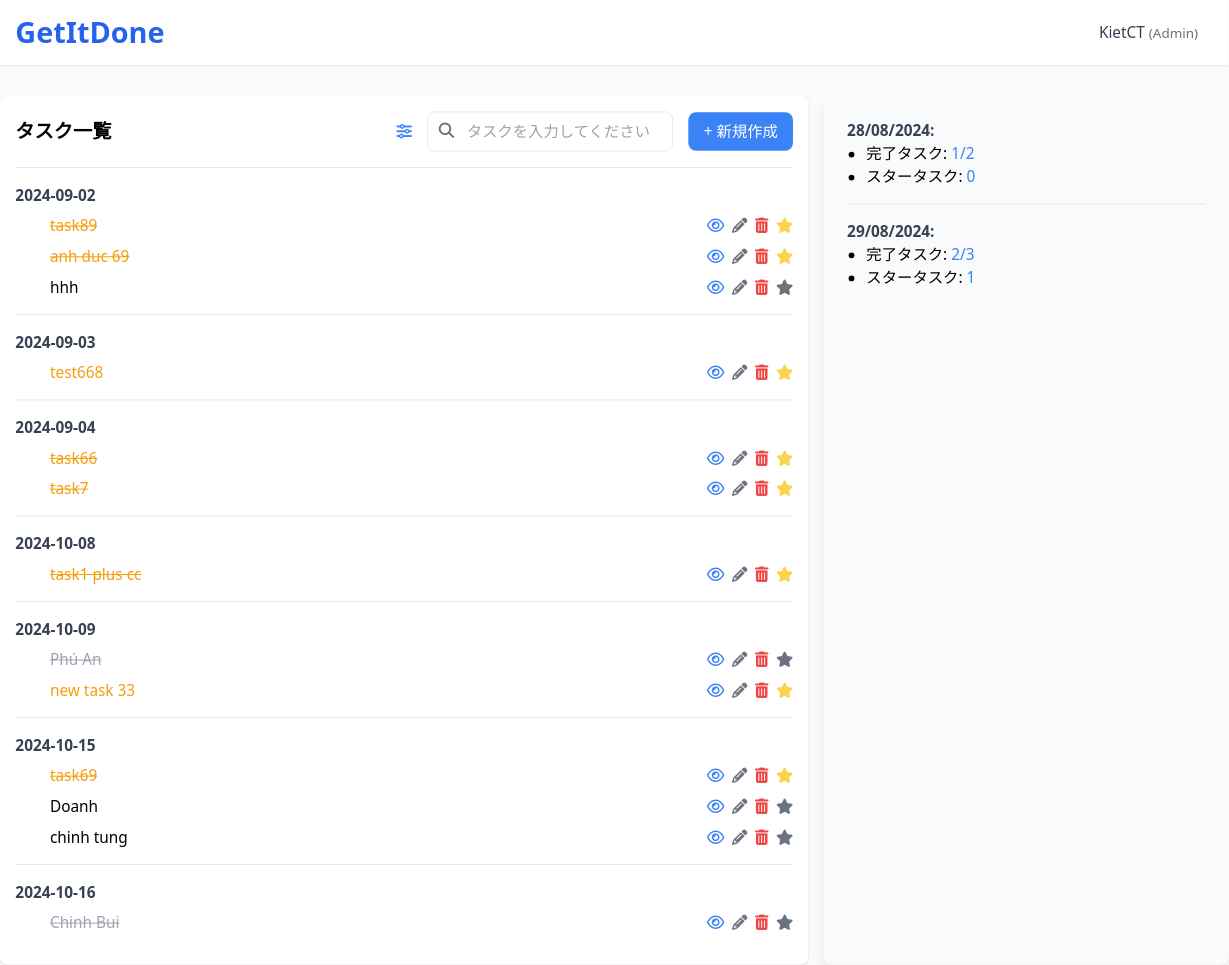
Repository: TuanAnhNguyen723/todolist
Page: http://localhost/mainscreen/mainscreen.php
These files come from the project's save history. The page is drawn as it stood at one moment and after the next save; the edit follows.
The browser window is 1280 px wide. The pictures show the whole page, at 96% of full size.
Some web libraries are served in a nearby version. The page is run by PHP 8.4 with error messages shown; the project is at /var/www/html/. The database holds what the project's SQL file puts in it.

Above is the page before, as saved 2024-10-02 14:12:24.

### mainscreen/mainscreen.php
<!DOCTYPE html>
<?php
include '../mainscreen/mainscreenController.php';
?>

<html lang="ja">
  <head>
    <meta charset="UTF-8" />
    <meta name="viewport" content="width=device-width, initial-scale=1.0" />
    <title>GetItDone Task List</title>
    <link
      href="https://cdn.jsdelivr.net/npm/tailwindcss@2.2.19/dist/tailwind.min.css"
      rel="stylesheet"
    />
    <link
      rel="stylesheet"
      href="https://cdnjs.cloudflare.com/ajax/libs/font-awesome/6.6.0/css/all.min.css"
    />

    <link href="./mainscreen.css">
    <script src="./mainscreen.js" defer></script>

  </head>
  <body class="bg-gray-50">
    <!-- Header Section -->
    <header class="bg-white shadow p-4 flex justify-between items-center">
      <div class="flex items-center">
        <h1 class="text-3xl font-bold text-blue-600">GetItDone</h1>
      </div>
      <div class="flex items-center">
        <span class="text-gray-700 mr-4"
          >KietCT <span class="text-sm text-gray-500">(Admin)</span></span
        >
      </div>
    </header>

    <!-- Main Section -->
    <main class="container mx-auto mt-8">
      <div class="flex justify-between">
        <!-- Task List -->
        <div class="w-2/3 bg-white p-4 shadow rounded-lg">
          <div class="flex justify-between items-center mb-4">
            <!-- Task List Title -->
            <h2 class="text-xl font-bold">タスク一覧</h2>

            <div class="flex items-center space-x-4">
              <!-- Filter Icon -->
              <button class="text-blue-500 hover:text-gray-700">
                <i class="fas fa-sliders-h"></i>
              </button>

              <!-- Search Input with Icon -->
              <div class="relative">
                <input
                  type="text"
                  class="border rounded-lg pl-10 pr-3 py-2 w-64"
                  placeholder="タスクを入力してください"
                />
                <!-- Search Icon -->
                <i
                  class="fas fa-search absolute left-3 top-3 text-gray-500"
                ></i>
              </div>

              <!-- New Task Button -->
              <button
                class="newtask bg-blue-500 text-white px-4 py-2 rounded-lg"
              >
                + 新規作成
              </button>
            </div>
          </div>

          <!-- Task Groups by Date -->
          <div class="task-container">
          <?php foreach ($tasks_by_date as $date => $tasks): ?>
            <div class="mb-4 border-t pt-4">
                <h3 class="font-bold text-gray-700"><?php echo htmlspecialchars($date); ?></h3>

                <?php foreach ($tasks as $task): ?>
                    <div class="task-container2 flex justify-between items-center space-x-4 my-2">
                        <div class="flex items-center space-x-4">
                            <!-- // Kết hợp giữa trạng thái checked và trạng thái star -->
                            <input
                                type="checkbox"
                                class="appearance-none form-checkbox h-5 w-5 toggle-complete <?php echo $task['star'] ? 'checked' : ''; ?>"
                                data-task-id="<?php echo $task['task_id']; ?>"
                                <?php echo $task['checked'] ? 'checked' : ''; ?>
                            />
                            <!-- // Kết hợp trạng thái star với việc đánh dấu gạch ngang nếu hoàn thành -->
                            <span class="task-text <?php echo $task['checked'] ? 'line-through text-gray-400' : ''; ?> <?php echo $task['star'] ? 'text-yellow-500' : ''; ?>">
                                <?php echo htmlspecialchars($task['title']); ?>
                            </span>
                        </div>
                        <div class="flex space-x-2">
                            <!-- Nút xem chi tiết -->
                            <button class="text-blue-500 hover:text-blue-700">
                                <i class="fa fa-eye"></i>
                            </button>

                            <!-- Nút sửa -->
                            <button class="text-gray-500 hover:text-gray-700 edit-task-button" data-task-id="<?php echo $task['task_id']; ?>">
                                <i class="fa fa-pencil"></i>
                            </button>

                            <!-- Nút xóa -->
                            <form action="./mainscreenController.php" method="POST" style="display:inline;">
                                <input type="hidden" name="task_id" value="<?php echo $task['task_id']; ?>">
                                <button type="submit" name="delete_task" class="text-red-500 hover:text-red-700">
                                    <i class="fa fa-trash"></i>
                                </button>
                            </form>

                            <!-- // Kết hợp trạng thái star -->
                            <button class="text-gray-500 hover:text-yellow-300 star-icon <?php echo $task['star'] ? 'text-yellow-300' : ''; ?>" data-task-id="<?php echo $task['task_id']; ?>">
                                <i class="fa fa-star"></i>
                            </button>
                        </div>
                    </div>
                <?php endforeach; ?>
            </div>
          <?php endforeach; ?>



          </div>
        </div>

        <!-- Task Completion Summary -->
        <div
          id="task-summary"
          class="w-1/3 bg-grey-900 p-6 rounded-lg shadow-lg ml-4"
        >
          <h3 class="font-bold text-gray-700">28/08/2024:</h3>
          <ul class="list-disc pl-5">
            <li>完了タスク: <span class="text-blue-500">1/2</span></li>
            <li>スタータスク: <span class="text-blue-500">0</span></li>
          </ul>

          <h3 class="font-bold text-gray-700 mt-4 border-t pt-4">
            29/08/2024:
          </h3>
          <ul class="list-disc pl-5">
            <li>完了タスク: <span class="text-blue-500">2/3</span></li>
            <li>スタータスク: <span class="text-blue-500">1</span></li>
          </ul>
        </div>

        <!-- Task Add Modal -->
        <div id="taskAddModal" class="fixed z-50 inset-0 overflow-y-auto hidden">
          <div class="flex items-center justify-center min-h-screen bg-black bg-opacity-50">
            <div class="relative bg-white w-96 p-6 rounded-lg shadow-lg">
              <!-- Close Button -->
              <button id="closeModal" class="absolute top-2 right-2 text-gray-500 hover:text-gray-700">
                <i class="fas fa-times"></i>
              </button>

              <!-- Modal Title -->
              <h2 class="text-2xl font-bold mb-4">タスク追加</h2>

              <!-- Form -->

              <form action="mainscreenController.php" method="POST">
                <!-- Task Title -->
                <input
                  name="title"
                  type="text"
                  placeholder="タイトルが入力してください"
                  class="title w-full border border-gray-300 p-2 rounded-lg mb-4"
                />

                <!-- Date Pickers -->
                <div class="flex justify-between space-x-4 mb-4">
                  <div class="w-1/2 relative">
                    <label for="time_start" class="sr-only">Start Date</label>
                    <input
                      type="date"
                      name="time_start"
                      class="w-full border border-gray-300 p-2 rounded-lg"
                    />
                  </div>
                  <div class="w-1/2 relative">
                    <label for="time_end" class="sr-only">End Date</label>
                    <input
                      type="date"
                      name="time_end"
                      class="w-full border border-gray-300 p-2 rounded-lg"
                    />
                  </div>
                </div>

                <!-- Task Description -->
                <textarea
                  name="description"
                  placeholder="ディスクリプが入力してください"
                  class="w-full border border-gray-300 p-2 rounded-lg mb-4"
                  rows="4"
                ></textarea>

                <!-- Buttons -->
                <div class="flex justify-between">
                  <button
                    type="submit"
                    class="bg-blue-500 text-white px-4 py-2 rounded-lg w-full mr-2"
                  >
                    作成
                  </button>
                  <button
                    type="button"
                    class="border border-blue-500 text-blue-500 px-4 py-2 rounded-lg w-full"
                    id="cancelButton"
                  >
                    キャンセル
                  </button>
                </div>
              </form>

            </div>
          </div>
        </div>

        <!-- Filter Modal -->
        <div
          id="filterModal"
          class="fixed inset-0 bg-black bg-opacity-30 flex justify-center items-center hidden"
        >
          <div class="bg-white p-6 rounded-lg shadow-lg w-80">
            <h2 class="text-xl font-bold mb-4">フィルターオプション</h2>

            <!-- Status Dropdown -->
            <div class="mb-4 relative">
              <label class="block text-gray-700 font-semibold"
                >ステータス</label
              >
              <button
                id="statusButton"
                class="bg-gray-200 border border-gray-300 p-2 w-full text-left rounded-lg flex justify-between items-center"
              >
                <span id="statusText">全ステータス</span>
                <i class="fas fa-chevron-down"></i>
              </button>

              <ul
                id="statusDropdown"
                class="absolute bg-white border border-gray-300 rounded-lg w-full hidden mt-1 z-10"
              >
                <li
                  class="p-2 hover:bg-blue-500 hover:text-white cursor-pointer"
                  data-value="全ステータス"
                >
                  全ステータス
                </li>
                <li
                  class="p-2 hover:bg-blue-500 hover:text-white cursor-pointer"
                  data-value="完了"
                >
                  完了
                </li>
                <li
                  class="p-2 hover:bg-blue-500 hover:text-white cursor-pointer"
                  data-value="未完了"
                >
                  未完了
                </li>
              </ul>
            </div>

            <!-- Date Picker -->
            <div class="flex items-center mb-4">
              <i class="fas fa-calendar mr-2"></i>
              <span>締め切り</span>
            </div>

            <!-- Star Task Checkbox -->
            <div class="flex items-center mb-4">
              <input type="checkbox" id="starTask" class="mr-2" />
              <label for="starTask">スタータスク</label>
            </div>

            <!-- Buttons -->
            <div class="flex justify-between">
              <button
                id="resetButton"
                class="bg-gray-300 text-gray-700 px-4 py-2 rounded-lg"
              >
                リセット
              </button>
              <button
                id="applyButton"
                class="bg-blue-500 text-white px-4 py-2 rounded-lg"
              >
                適用
              </button>
            </div>
          </div>
        </div>


     <!-- Modal chỉnh sửa task -->
      <div id="taskEditModal" class="fixed z-50 inset-0 overflow-y-auto hidden">
        <div class="flex items-center justify-center min-h-screen bg-black bg-opacity-50">
          <div class="relative bg-white w-96 p-6 rounded-lg shadow-lg">
            <!-- Close Button -->
            <button id="closeEditModal" class="absolute top-2 right-2 text-gray-500 hover:text-gray-700">
              <i class="fas fa-times"></i>
            </button>



            <!-- Modal Content -->
            <h2 class="text-2xl font-bold mb-4">タスク編集</h2>
            <!-- Form -->
            <form id="editTaskForm" action="mainscreenController.php" method="POST">
              <!-- Task ID (ẩn) để biết nhiệm vụ nào cần chỉnh sửa -->
              <input type="hidden" name="edit_task_id" value="">

              <!-- Task Title -->
              <input name="edit_title" type="text" placeholder="タイトルを入力してください" class="edit-title w-full border border-gray-300 p-2 rounded-lg mb-4" />

              <!-- Date Pickers -->
              <div class="flex justify-between space-x-4 mb-4">
                <div class="w-1/2 relative">
                  <label for="edit_time_start" class="sr-only">Start Date</label>
                  <input type="date" name="edit_time_start" class="edit-time-start w-full border border-gray-300 p-2 rounded-lg" />
                </div>
                <div class="w-1/2 relative">
                  <label for="edit_time_end" class="sr-only">End Date</label>
                  <input type="date" name="edit_time_end" class="edit-time-end w-full border border-gray-300 p-2 rounded-lg" />
                </div>
              </div>

              <!-- Task Description -->
              <textarea name="edit_description" placeholder="ディスクリプションを入力してください" class="edit-description w-full border border-gray-300 p-2 rounded-lg mb-4" rows="4"></textarea>

              <!-- Buttons -->
              <div class="flex justify-between">
                <button id="saveEditButton" class="bg-blue-500 text-white px-4 py-2 rounded-lg w-full mr-2">
                  保存
                </button>
                <button type="button" class="border border-blue-500 text-blue-500 px-4 py-2 rounded-lg w-full" id="cancelEditButton">
                  キャンセル
                </button>
              </div>
            </form>
          </div>
        </div>
      </div>

      </div>
    </main>

    <!-- Icons FontAwesome -->
    <script src="https://kit.fontawesome.com/a076d05399.js"></script>
  </body>
</html>

### mainscreen/mainscreenController.php
<?php
// Kết nối đến CSDL
include '../config.php';

// Kiểm tra nếu form được gửi đi
if ($_SERVER['REQUEST_METHOD'] == 'POST') {

    if ($conn->connect_error) {
        die("Connection failed: " . $conn->connect_error);
    }

    // Xử lý cập nhật trạng thái 'checked' của task
    if (isset($_POST['task_id']) && isset($_POST['checked'])) {
        $task_id = intval($_POST['task_id']);
        $checked = intval($_POST['checked']);

        $sql = "UPDATE task SET checked = ? WHERE task_id = ?";
        $stmt = $conn->prepare($sql);

        if ($stmt === false) {
            die('Lỗi chuẩn bị SQL: ' . $conn->error);
        }

        $stmt->bind_param("ii", $checked, $task_id);

        if ($stmt->execute()) {
            echo "Trạng thái nhiệm vụ đã được cập nhật thành công.";
        } else {
            echo "Lỗi khi cập nhật trạng thái nhiệm vụ.";
        }

        $stmt->close();
        $conn->close();
        exit();
    }

    // Xử lý yêu cầu thêm task mới
    if (isset($_POST['title']) && isset($_POST['time_start']) && isset($_POST['time_end'])) {
        $title = $_POST['title'];
        $description = $_POST['description'];
        $time_start = $_POST['time_start'];
        $time_end = $_POST['time_end'];

        if (empty($title) || empty($time_start) || empty($time_end)) {
            header("Location: mainscreen.php?error=empty_fields");
            exit;
        }

        $sql = "INSERT INTO task (title, description, time_start, time_end, checked, user_id, grouptask_id)
                VALUES (?, ?, ?, ?, 0, 'some_user_id', 'some_group_id')";
        $stmt = $conn->prepare($sql);

        if ($stmt === false) {
            die('Lỗi chuẩn bị SQL: ' . $conn->error);
        }

        $stmt->bind_param("ssss", $title, $description, $time_start, $time_end);

        if ($stmt->execute()) {
            header("Location: mainscreen.php?success=1");
            exit();
        } else {
            header("Location: mainscreen.php?error=insert_failed");
            exit();
        }

        $stmt->close();
        $conn->close();
    }

    // Xử lý yêu cầu xóa task
    if (isset($_POST['task_id']) && isset($_POST['delete_task'])) {
        $task_id = intval($_POST['task_id']);

        $sql = "DELETE FROM task WHERE task_id = ?";
        $stmt = $conn->prepare($sql);

        if ($stmt === false) {
            die('Lỗi chuẩn bị SQL: ' . $conn->error);
        }

        $stmt->bind_param("i", $task_id);

        if ($stmt->execute()) {
            echo "Nhiệm vụ đã được xóa thành công.";
        } else {
            echo "Lỗi khi xóa nhiệm vụ.";
        }

        $stmt->close();
        $conn->close();
        exit();
    }

    // Xử lý yêu cầu chỉnh sửa (update) task
    if (isset($_POST['edit_task']) && isset($_POST['task_id'])) {
        $task_id = intval($_POST['task_id']);
        $title = $_POST['title'];
        $description = $_POST['description'];
        $time_start = $_POST['time_start'];
        $time_end = $_POST['time_end'];

        // Kiểm tra task_id đã tồn tại và cập nhật dữ liệu
        $sql = "UPDATE task SET title = ?, description = ?, time_start = ?, time_end = ? WHERE task_id = ?";
        $stmt = $conn->prepare($sql);

        if ($stmt === false) {
            die('Lỗi chuẩn bị SQL: ' . $conn->error);
        }

        $stmt->bind_param("ssssi", $title, $description, $time_start, $time_end, $task_id);

        if ($stmt->execute()) {
            echo "Nhiệm vụ đã được cập nhật thành công.";
        } else {
            echo "Lỗi khi cập nhật nhiệm vụ.";
        }

        $stmt->close();
        $conn->close();
        exit();
    }

// Xử lý cập nhật trạng thái 'star' của task
if (isset($_POST['task_id']) && isset($_POST['star'])) {
    $task_id = intval($_POST['task_id']);
    $star = intval($_POST['star']);

    $sql = "UPDATE task SET star = ? WHERE task_id = ?";
    $stmt = $conn->prepare($sql);

    if ($stmt === false) {
        die('Lỗi chuẩn bị SQL: ' . $conn->error);
    }

    $stmt->bind_param("ii", $star, $task_id);

    if ($stmt->execute()) {
        echo "Trạng thái ngôi sao đã được cập nhật thành công.";
    } else {
        echo "Lỗi khi cập nhật trạng thái ngôi sao.";
    }

    $stmt->close();
    $conn->close();
    exit();
}

}

if (isset($_GET['task_id'])) {
    $task_id = intval($_GET['task_id']); // Đảm bảo task_id là số nguyên hợp lệ

    // Chuẩn bị câu truy vấn SQL để lấy thông tin task dựa trên task_id
    $sql = "SELECT * FROM task WHERE task_id = ?";
    $stmt = $conn->prepare($sql);

    if ($stmt === false) {
        die('Lỗi chuẩn bị SQL: ' . $conn->error);
    }

    $stmt->bind_param("i", $task_id);
    $stmt->execute();
    $result = $stmt->get_result();

    if ($result->num_rows > 0) {
        // Trả về duy nhất một task có task_id đã click
        $task = $result->fetch_assoc();
        echo json_encode($task); // Trả về dữ liệu JSON
    } else {
        echo json_encode(['error' => 'Không tìm thấy task.']);
    }

    $stmt->close();
    $conn->close();
    exit();
}


// Truy vấn tất cả các nhiệm vụ từ bảng task và sắp xếp theo time_start
$sql = "SELECT * FROM task ORDER BY time_start ASC";
$result = $conn->query($sql);

$tasks_by_date = [];

if ($result->num_rows > 0) {
    while ($row = $result->fetch_assoc()) {
        $date = date('Y-m-d', strtotime($row['time_start']));
        $tasks_by_date[$date][] = $row;
    }
} else {
    $tasks_by_date = []; // Không có dữ liệu
}

// Đóng kết nối
$conn->close();

### config.php
<?php
define('DB_SERVER', 'localhost');
define('DB_USERNAME', 'root');
define('DB_PASSWORD', '');
define('DB_NAME', 'todolistdb');

$conn = mysqli_connect(DB_SERVER, DB_USERNAME, DB_PASSWORD, DB_NAME);



if($conn === false){
    die("ERROR: Could not connect. " . mysqli_connect_error());
}
?>

### todolistdb.sql (the tables this page reads)
CREATE TABLE `task` (
  `task_id` int(11) NOT NULL,
  `title` varchar(255) NOT NULL,
  `description` varchar(255) NOT NULL,
  `time_start` date NOT NULL,
  `time_end` date NOT NULL,
  `checked` tinyint(1) NOT NULL,
  `user_id` varchar(10) NOT NULL,
  `grouptask_id` varchar(10) NOT NULL,
  `star` tinyint(1) NOT NULL
) ENGINE=InnoDB DEFAULT CHARSET=utf8mb4 COLLATE=utf8mb4_general_ci;

INSERT INTO `task` (`task_id`, `title`, `description`, `time_start`, `time_end`, `checked`, `user_id`, `grouptask_id`, `star`) VALUES
(26, 'task89', 'test89', '2024-09-02', '2024-09-11', 1, 'some_user_', 'some_group', 1),
(28, 'task1 plus  cc', 'test1 plus cc', '2024-10-08', '2024-09-10', 1, 'some_user_', 'some_group', 1),
(30, 'task66', 'test66', '2024-09-04', '2024-09-13', 1, 'some_user_', 'some_group', 1),
(36, 'task69', 'test69\r\n', '2024-10-15', '2024-10-17', 1, 'some_user_', 'some_group', 1),
(38, 'task7', 'test7', '2024-09-04', '2024-10-15', 1, 'some_user_', 'some_group', 1),
(42, 'Doanh', 'đần', '2024-10-15', '2024-10-14', 0, 'some_user_', 'some_group', 0),
(46, 'Phú An', 'An ', '2024-10-09', '2024-10-14', 1, 'some_user_', 'some_group', 0),
(56, 'Chinh Bui', 'tft', '2024-10-16', '2024-10-21', 1, 'some_user_', 'some_group', 0),
(58, '              anh duc 69            ', 'anh duc 69', '2024-09-02', '2024-10-08', 1, 'some_user_', 'some_group', 1),
(59, '                            test668                        ', 'test668', '2024-09-03', '2024-10-08', 0, 'some_user_', 'some_group', 1),
(61, 'chinh tung', 'tung chinh', '2024-10-15', '2024-10-08', 0, 'some_user_', 'some_group', 0),
(62, 'new task 33', 'new test 3 3', '2024-10-09', '2024-10-11', 0, 'some_user_', 'some_group', 1),
(63, 'hhh', 'hhh', '2024-09-02', '2024-10-07', 0, 'some_user_', 'some_group', 0);

ALTER TABLE `task`
  ADD PRIMARY KEY (`task_id`);

ALTER TABLE `task`
  MODIFY `task_id` int(11) NOT NULL AUTO_INCREMENT, AUTO_INCREMENT=64;

Loaded but not shown: mainscreen/mainscreen.js (321 lines, source omitted)

After the next save:
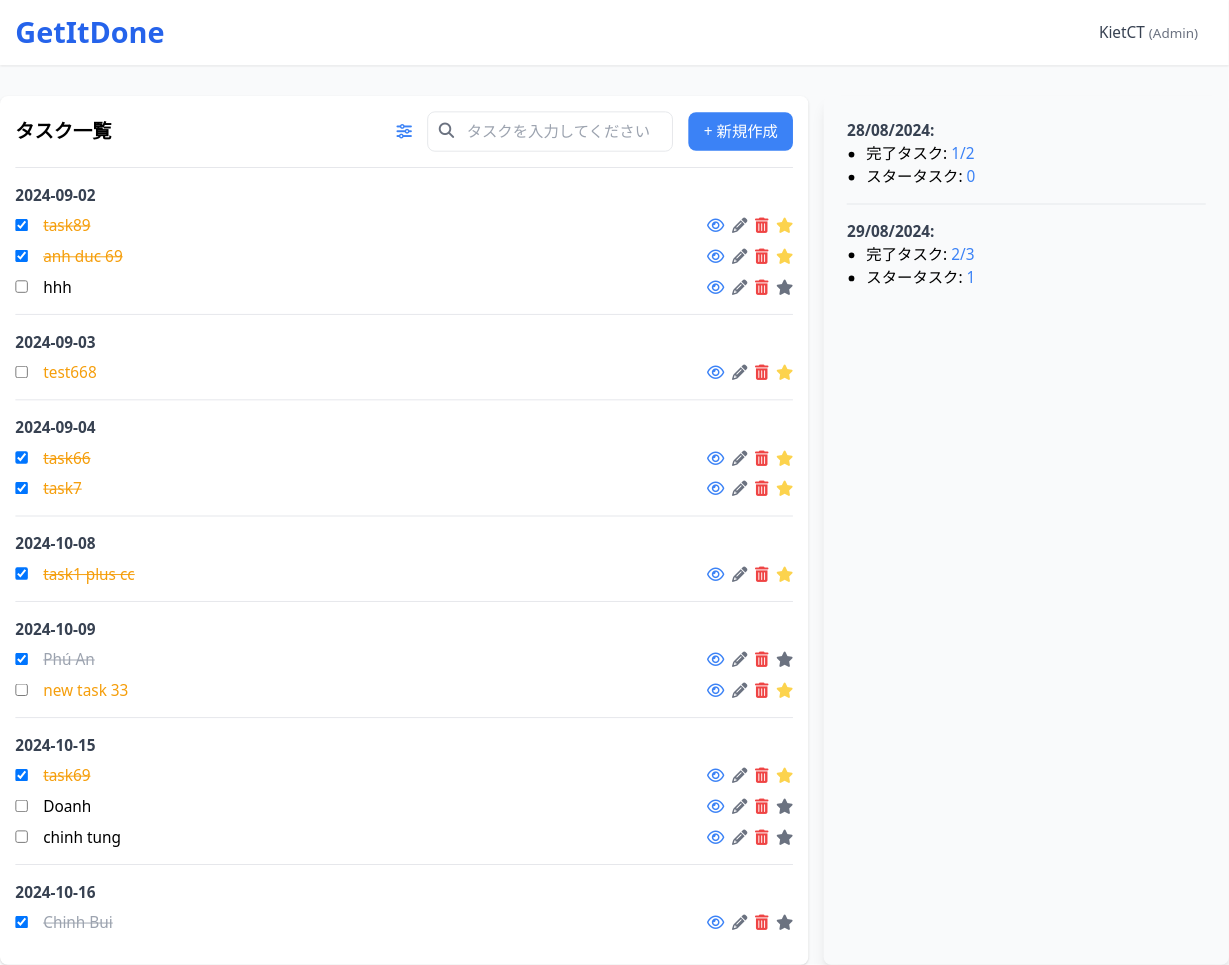
Saved 108 s later.
--- a/mainscreen/mainscreen.php
+++ b/mainscreen/mainscreen.php
@@ -81,12 +81,16 @@ include '../mainscreen/mainscreenController.php';
                     <div class="task-container2 flex justify-between items-center space-x-4 my-2">
                         <div class="flex items-center space-x-4">
                             <!-- // Kết hợp giữa trạng thái checked và trạng thái star -->
-                            <input
-                                type="checkbox"
-                                class="appearance-none form-checkbox h-5 w-5 toggle-complete <?php echo $task['star'] ? 'checked' : ''; ?>"
-                                data-task-id="<?php echo $task['task_id']; ?>"
-                                <?php echo $task['checked'] ? 'checked' : ''; ?>
-                            />
+                            <label class="custom-checkbox">
+                              <input
+                                  type="checkbox"
+                                  class="hidden-checkbox toggle-complete"
+                                  data-task-id="<?php echo $task['task_id']; ?>"
+                                  <?php echo $task['checked'] ? 'checked' : ''; ?>
+                              />
+                              <span class="custom-checkbox-box <?php echo $task['star'] ? 'bg-yellow-500 border-yellow-500' : ''; ?>"></span>
+                          </label>
+
                             <!-- // Kết hợp trạng thái star với việc đánh dấu gạch ngang nếu hoàn thành -->
                             <span class="task-text <?php echo $task['checked'] ? 'line-through text-gray-400' : ''; ?> <?php echo $task['star'] ? 'text-yellow-500' : ''; ?>">
                                 <?php echo htmlspecialchars($task['title']); ?>
